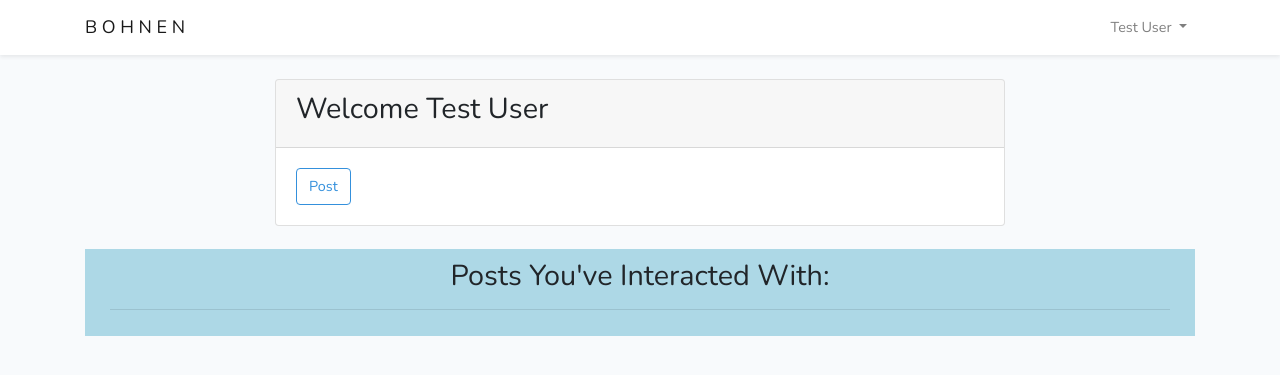
Repository: davidbohnen/BOHNEN
Page: http://localhost/home
The author's editor kept a copy of each file at every save. The page is drawn from the files as they stood at one save, then again after the next save.
The browser window is 1280 px wide. The pictures show the whole page.
The page is served by the project's Laravel application, run on PHP 8.4 with Laravel 8. A made-up administrator, Test User (test@example.com), is signed in. Other server files are loaded and not shown.

Above is the page before, as saved 2020-05-05 21:48:51.

### routes/web.php
<?php

use Illuminate\Support\Facades\Route;

/*
|--------------------------------------------------------------------------
| Web Routes
|--------------------------------------------------------------------------
|
| Here is where you can register web routes for your application. These
| routes are loaded by the RouteServiceProvider within a group which
| contains the "web" middleware group. Now create something great!
|
*/

Route::get('/', function () {
    return view('welcome');
});

Auth::routes();

Route::get('/home', 'HomeController@index')->name('home');

Route::get('/post/create', 'PostController@create');
Route::post('/post', 'PostController@store');
Route::get('/warn', 'IndexController@warn');
Route::get('/post/{post}', 'PostController@show');

Route::get('/public', 'IndexController@public');



Route::get('/about', 'IndexController@about');
Route::get('/more', 'IndexController@more');
Route::get('/history', 'IndexController@history');
Route::get('/record', 'IndexController@record');
Route::get('/contact', 'IndexController@contact');
Route::get('/live', 'IndexController@live');

### app/User.php
<?php

namespace App;

use Illuminate\Contracts\Auth\MustVerifyEmail;
use Illuminate\Foundation\Auth\User as Authenticatable;
use Illuminate\Notifications\Notifiable;

class User extends Authenticatable
{
    use Notifiable;

    /**
     * The attributes that are mass assignable.
     *
     * @var array
     */
    protected $fillable = [
        'name', 'email', 'password',
    ];

    /**
     * The attributes that should be hidden for arrays.
     *
     * @var array
     */
    protected $hidden = [
        'password', 'remember_token',
    ];

    /**
     * The attributes that should be cast to native types.
     *
     * @var array
     */
    protected $casts = [
        'email_verified_at' => 'datetime',
    ];


    public function post(){
        return $this->hasMany(Post::class);
    }

}

### resources/views/home.blade.php
@extends('layouts.app')

@section('content')
<div class="container">
    <div class="row justify-content-center">
        <div class="col-md-8">
            <div class="card">
                <div class="card-header"><h2>Welcome {{ Auth::user()->name }}</h2></div>

                <div class="card-body">
                    @if (session('status'))
                        <div class="alert alert-success" role="alert">
                            {{ session('status') }}
                        </div>
                    @endif

                <a href="/post/create" class="btn btn-outline-primary my-2 my-sm-0">Post</a>

                </div>
            </div>
        </div>


    </div>
    <br>

    <div class="container"  class="row justify-content-center" style = "background-color:lightblue">
    <div style="text-align:center;padding:10px" >
        <h2>Posts You've Interacted With:</h2>
            <hr>
        </div>
    </div>
    </div>


@endsection

### resources/views/layouts/app.blade.php
<!doctype html>
<html lang="{{ str_replace('_', '-', app()->getLocale()) }}">
<head>
    <meta charset="utf-8">
    <meta name="viewport" content="width=device-width, initial-scale=1">

    <!-- CSRF Token -->
    <meta name="csrf-token" content="{{ csrf_token() }}">

    <title>{{ config('BOHNEN', 'B O H N E N') }}</title>


    <!-- Scripts -->
    <script src="{{ asset('js/app.js') }}" defer></script>

    <!-- Fonts -->
    <link rel="dns-prefetch" href="//fonts.gstatic.com">
    <link href="https://fonts.googleapis.com/css?family=Nunito" rel="stylesheet">

    <!-- Styles -->
    <link href="{{ asset('css/app.css') }}" rel="stylesheet">
</head>
<body>
    <div id="app">
        <nav class="navbar navbar-expand-md navbar-light bg-white shadow-sm">
            <div class="container">
                <a class="navbar-brand" href="{{ url('/') }}">
                    {{ config('BOHNEN', 'B O H N E N') }}
                </a>
                <button class="navbar-toggler" type="button" data-toggle="collapse" data-target="#navbarSupportedContent" aria-controls="navbarSupportedContent" aria-expanded="false" aria-label="{{ __('Toggle navigation') }}">
                    <span class="navbar-toggler-icon"></span>
                </button>

                <div class="collapse navbar-collapse" id="navbarSupportedContent">
                    <!-- Left Side Of Navbar -->
                    <ul class="navbar-nav mr-auto">

                    </ul>

                    <!-- Right Side Of Navbar -->
                    <ul class="navbar-nav ml-auto">
                        <!-- Authentication Links -->
                        @guest
                            <li class="nav-item">
                                <a class="nav-link" href="{{ route('login') }}">{{ __('Login') }}</a>
                            </li>
                            @if (Route::has('register'))
                                <li class="nav-item">
                                    <a class="nav-link" href="{{ route('register') }}">{{ __('Register') }}</a>
                                </li>
                            @endif
                        @else
                            <li class="nav-item dropdown">
                                <a id="navbarDropdown" class="nav-link dropdown-toggle" href="#" role="button" data-toggle="dropdown" aria-haspopup="true" aria-expanded="false" v-pre>
                                    {{ Auth::user()->name }} <span class="caret"></span>
                                </a>

                                <div class="dropdown-menu dropdown-menu-right" aria-labelledby="navbarDropdown">
                                    <a class="dropdown-item" href="{{ route('logout') }}"
                                       onclick="event.preventDefault();
                                                     document.getElementById('logout-form').submit();">
                                        {{ __('Logout') }}
                                    </a>

                                    <form id="logout-form" action="{{ route('logout') }}" method="POST" style="display: none;">
                                        @csrf
                                    </form>
                                </div>
                            </li>
                        @endguest
                    </ul>
                </div>
            </div>
        </nav>

        <main class="py-4">
            @yield('content')
        </main>
    </div>
</body>
</html>

Loaded but not shown: app/Http/Controllers/Auth/LoginController.php (common file); app/Http/Controllers/Controller.php (common file); app/Http/Controllers/Auth/ConfirmPasswordController.php (common file); app/Http/Controllers/HomeController.php (common file); public/css/app.css (library)

After the next save:
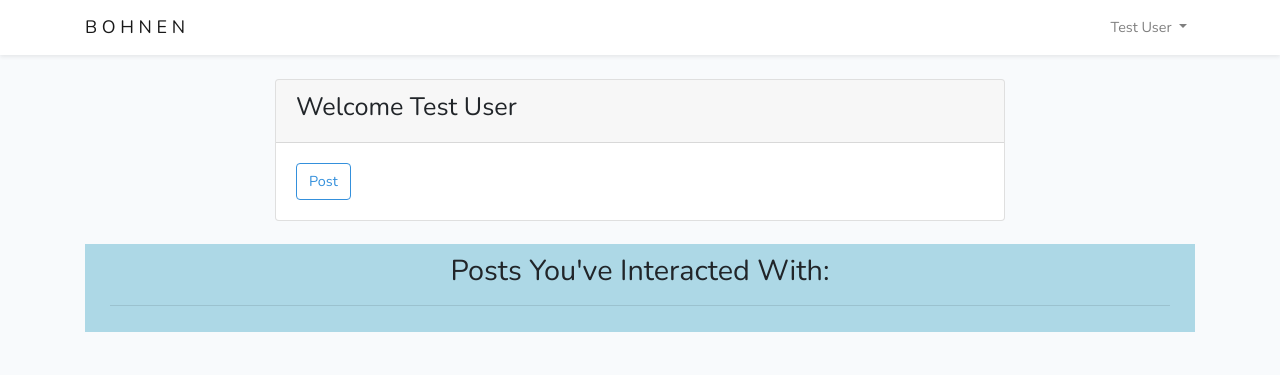
Saved 19 s later.
--- a/resources/views/home.blade.php
+++ b/resources/views/home.blade.php
@@ -5,7 +5,7 @@
     <div class="row justify-content-center">
         <div class="col-md-8">
             <div class="card">
-                <div class="card-header"><h2>Welcome {{ Auth::user()->name }}</h2></div>
+                <div class="card-header"><h3>Welcome {{ Auth::user()->name }}</h3></div>
 
                 <div class="card-body">
                     @if (session('status'))
